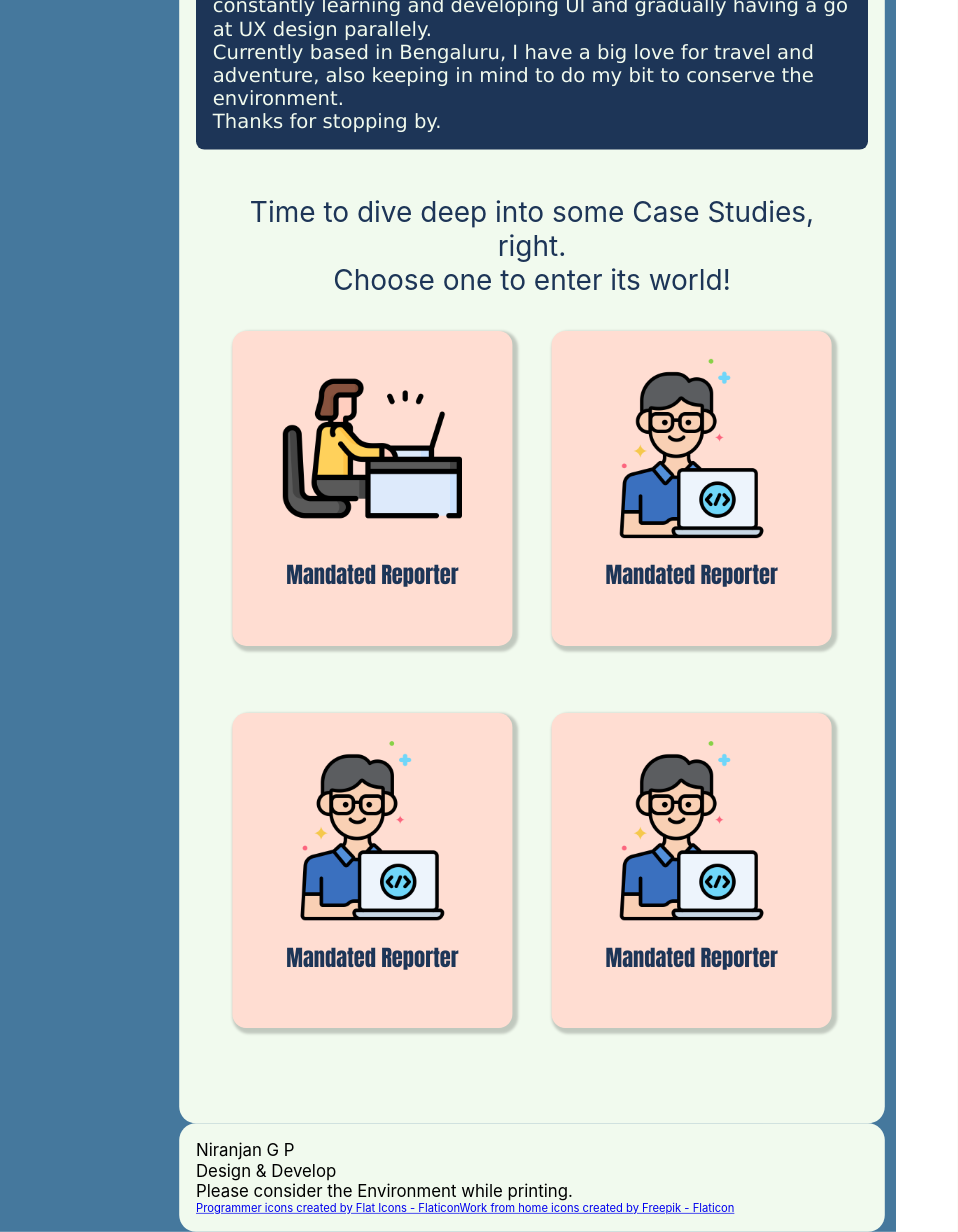
Repository: niranjangp/portfolioReact
Page: /
An editor plug-in stored every save of this project. The page is shown before and after the next save, followed by the edit.
The browser window is 1280 px wide. The page is 1368 px wide, so the pictures cover 1368 px, including what lies to the right of the window. The pictures show the part of the page from y = 874 to 2634 px (the page is 2634 px tall), at 70% of full size.
The project was rebuilt for these pictures with package versions that can differ from the ones it lists, and the page was loaded fresh each time. Also part of the build but not shown: src/pages/csOne.jsx, src/pages/notFound.jsx.

Above is the page before, as saved 2022-02-01 00:11:22.

### public/index.html
<!DOCTYPE html>
<html lang="en">
  <head>
    <meta charset="utf-8" />
    <!--<link rel="icon" href="%PUBLIC_URL%/favicon.ico" />-->
    <meta name="viewport" content="width=device-width, initial-scale=1" />
    <meta name="theme-color" content="#000000" />
    <meta
      name="description"
      content="Web site created using create-react-app"
    />
    <!--<link rel="apple-touch-icon" href="%PUBLIC_URL%/logo192.png" />-->
    <!--
      manifest.json provides metadata used when your web app is installed on a
      user's mobile device or desktop. See https://developers.google.com/web/fundamentals/web-app-manifest/
    -->
    <link rel="manifest" href="%PUBLIC_URL%/manifest.json" />
    <!--
      Notice the use of %PUBLIC_URL% in the tags above.
      It will be replaced with the URL of the `public` folder during the build.
      Only files inside the `public` folder can be referenced from the HTML.

      Unlike "/favicon.ico" or "favicon.ico", "%PUBLIC_URL%/favicon.ico" will
      work correctly both with client-side routing and a non-root public URL.
      Learn how to configure a non-root public URL by running `npm run build`.
    -->
    <title>Portfolio</title>
  </head>
  <body>
    <noscript>You need to enable JavaScript to run this app.</noscript>
    <div id="root"></div>
    <!--
      This HTML file is a template.
      If you open it directly in the browser, you will see an empty page.

      You can add webfonts, meta tags, or analytics to this file.
      The build step will place the bundled scripts into the <body> tag.

      To begin the development, run `npm start` or `yarn start`.
      To create a production bundle, use `npm run build` or `yarn build`.
    -->
  </body>
</html>

### src/index.css
body {
  margin: 0;
  font-family: -apple-system, BlinkMacSystemFont, 'Segoe UI', 'Roboto', 'Oxygen',
    'Ubuntu', 'Cantarell', 'Fira Sans', 'Droid Sans', 'Helvetica Neue',
    sans-serif;
  -webkit-font-smoothing: antialiased;
  -moz-osx-font-smoothing: grayscale;
  box-sizing: border-box;
}

code {
  font-family: source-code-pro, Menlo, Monaco, Consolas, 'Courier New',
    monospace;
}

p {
  margin: 0;
}

### src/App.js
import './App.css';

import { Route, NavLink, Switch, Redirect } from 'react-router-dom';
import EnterTheDesign from './pages/enterDesign';
import CSOne from './pages/csOne';
import NotFound from './pages/notFound';

function App() {
  const flatIconLink = "https://www.flaticon.com/free-icons/programmer";


  return (
    <div className='App'>
      <div className="containerOne">
        <nav className='navigation'>
          <div>
            <NavLink activeClassName="link-sel" to="/cs-one">1. Case Study</NavLink>
          </div>
          <div>
            <NavLink activeClassName="link-sel" to="/cs-two">Case t'w'o Study</NavLink>
          </div>
          <div>
            <NavLink activeClassName="link-sel" to="/cs-three">Case Study the third</NavLink>
          </div>
          <div>
            <NavLink activeClassName="link-sel" to="/cs-three">Case Study IV</NavLink>
          </div>


        </nav>
        <main className='mainOne'>
          <Switch>
            <Route exact path="/" ><Redirect to="/enter-the-design" /></Route>
            <Route path="/enter-the-design" ><EnterTheDesign /></Route>
            <Route exact path="/cs-one" ><CSOne /></Route>

            <Route path="*"><NotFound /></Route>
          </Switch>
          {/*<div className='firstRow'>
            <div className="width-60">
              <p className='fr-info'>NIRANJAN G P, IS A UI DEVELOPER AT DELOITTE USI</p>
            </div>
            <div className="width-40 img-block">
              <img src={avatarIcon} alt="avatar-icon" className='avtr-img' />
            </div>
          </div>
          <div className='sec-row'>
            <p>Hi, this is Niranjan.</p>
            <p>I Joined Deloitte USI as a campus recruit. Since then I've been part of many innovative and high-intensity projects, coordinating between multiple virtual teams to help complete client deliverables.</p>
            <p>I've been part of the FRONT-END community since 2017 and constantly learning and developing UI and gradually having a go at UX design parallely.</p>
            <p>Currently based in Bengaluru, I have a big love for travel and adventure, also keeping in mind to do my bit to conserve the environment.</p>
            <p>Thanks for stopping by.</p>
          </div>*/}

        </main>
        <footer>
          <div className='footer-info'>
            <p>Niranjan G P</p>
            <p>Design & Develop</p>
            <p>Please consider the Environment while printing.</p>
          </div>
          <div>
            <a href={flatIconLink} title="programmer icons">Programmer icons created by Flat Icons - Flaticon</a>
            <a href="https://www.flaticon.com/free-icons/work-from-home" title="work from home icons">Work from home icons created by Freepik - Flaticon</a>
            {/*<a target="_blank" rel="noopener noreferrer" href={avatarLink}>Avatar</a> icon by <a target="_blank" rel="noopener noreferrer" href={icon8link}>Icons8</a>*/}
          </div>
        </footer>
      </div>

    </div>
  );
}

export default App;

### src/App.css
.containerOne {
  background-color: #45789d;
}

.mainOne {
  width: 75%;
  margin-left: 20%;
  background-color: #F1FAEE;
  height: 100%;
  border-radius: 1.5rem;
  padding:24px;
}

.fr-info {
  font-size: 3rem;
  font-family:'Gill Sans', 'Gill Sans MT', Calibri, 'Trebuchet MS', sans-serif;
  padding: 24px;
  color: #1d3557;
}

.firstRow {
  display: flex;
  align-items: center;
  margin-bottom: 1.5rem;
}

.width-60 {
  width: 60%;
}

.width-40 {
  width: 40%;
}

.fullWidth {
  width: 100%;
}

.img-block {
  text-align: center;
}

.sec-row {
  background-color: #1d3557;
  color: #f1faee;
  border-radius: 0.75rem;
  padding: 24px;
  font-family: 'Lucida Sans', 'Lucida Sans Regular', 'Lucida Grande', 'Lucida Sans Unicode', Geneva, Verdana, sans-serif;
  font-size: 28px;
}

.centered {
  margin: 3rem auto;
  text-align: center;
  display: flex;
  justify-content: center;
  align-items: center;
}

.linkSel {
  text-decoration: underline;
  font-weight: bold;
}

.third-row {
  display: flex;
  flex-wrap: wrap;
  padding: 64px 24px;
}

.card-box {
  width: 50%;
  text-align: center;
}

.card {
  width: 400px;
  height: 450px;
  background-color: #ffddd2;
  border-radius: 20px;
  box-shadow: 4px 4px 4px 4px rgba(0, 0, 0, 0.2);
  margin: 3rem auto;
  flex-grow: 1;
  flex-shrink: 1;
  transition: width 500ms ease 0s;
}

.card:hover {
  box-shadow: 4px 4px 4px 8px rgba(0, 0, 0, 0.2);
  width: 420px;
  height: 470px;
}

.card p {
  font-size: 32px;
  padding: 24px;
  color: #1d3557;
  font-family:Impact, Haettenschweiler, 'Arial Narrow Bold', sans-serif;
}

.card-icon {
  width: 256px;
  margin-top: 40px;
}

.intro-cs {
  text-align: center;
  font-size: 40px;
  color: #1d3557;
}

footer {
  width: 75%;
  margin-left: 20%;
  background-color: #F1FAEE;
  height: 100%;
  border-radius: 1.5rem;
  padding:24px;
}
.footer-info {
  font-size: 1.5rem;
}

/*.containerOne {
  background-color: #F1FAEE;
}
.mainOne {
  background-color: #a8dadc;
  width: 75%;
  margin-left: 20%;
  /-*background-color: #45789d;*-/
  height: 660px;
}

.p1 {
  color: #1d3557;
}
.p2 {
  color: #f1faee;
}*/

/*.App-logo {
  height: 40vmin;
  pointer-events: none;
}

@media (prefers-reduced-motion: no-preference) {
  .App-logo {
    animation: App-logo-spin infinite 20s linear;
  }
}

.App-header {
  background-color: #282c34;
  min-height: 100vh;
  display: flex;
  flex-direction: column;
  align-items: center;
  justify-content: center;
  font-size: calc(10px + 2vmin);
  color: white;
}

.App-link {
  color: #61dafb;
}*/

@keyframes App-logo-spin {
  from {
    transform: rotate(0deg);
  }
  to {
    transform: rotate(360deg);
  }
}

### src/pages/enterDesign.jsx
import React from 'react';
import Icons from '../assets/programmer.png';
import WorkingIcon from '../assets/working.png';

const enterDesign = () => {
    const avatarIcon = Icons;

    const navtoCardDet = () => {
        try {
            console.log('inside card det func');
        } catch (e) {
            console.log('Error in navToCardDet', e.stack());
        }
    }

    return (
        <React.Fragment>
            <div className='firstRow'>
                <div className="width-60">
                    <p className='fr-info'>NIRANJAN G P, IS A UI DEVELOPER AT DELOITTE USI</p>
                </div>
                <div className="width-40 img-block">
                    <img src={avatarIcon} alt="avatar-icon" className='avtr-img' />
                </div>
            </div>
            <div className='sec-row'>
                <p>Hi, this is Niranjan.</p>
                <p>I Joined Deloitte USI as a campus recruit. Since then I've been part of many innovative and high-intensity projects, coordinating between multiple virtual teams to help complete client deliverables.</p>
                <p>I've been part of the FRONT-END community since 2017 and constantly learning and developing UI and gradually having a go at UX design parallely.</p>
                <p>Currently based in Bengaluru, I have a big love for travel and adventure, also keeping in mind to do my bit to conserve the environment.</p>
                <p>Thanks for stopping by.</p>
            </div>
            <div className='third-row'>
                <div className='fullWidth intro-cs'>
                    <p>Time to dive deep into some Case Studies, right.</p>
                    <p>Choose one to enter its world!</p>
                </div>
                <div className='card-box'>
                    <div className="card" onClick={navtoCardDet} id="">
                        <img src={WorkingIcon} alt="card-icon" className='card-icon' />
                        <p>Mandated Reporter</p>
                        {/*<p>Click to Enter!!!</p>*/}
                    </div>
                </div>
                <div className='card-box'>
                    <div className="card" onClick={navtoCardDet}>
                        <img src={avatarIcon} alt="card-icon" className='card-icon' />
                        <p>Mandated Reporter</p>
                    </div>
                </div>
                <div className='card-box'>
                    <div className="card" onClick={navtoCardDet}>
                        <img src={avatarIcon} alt="card-icon" className='card-icon' />
                        <p>Mandated Reporter</p>
                    </div>
                </div>
                <div className='card-box'>
                    <div className="card" onClick={navtoCardDet}>
                        <img src={avatarIcon} alt="card-icon" className='card-icon' />
                        <p>Mandated Reporter</p>
                    </div>
                </div>
            </div>
        </React.Fragment>
    )
};

export default enterDesign;

Loaded but not shown: src/index.js (common file); src/reportWebVitals.js (common file)

After the next save:
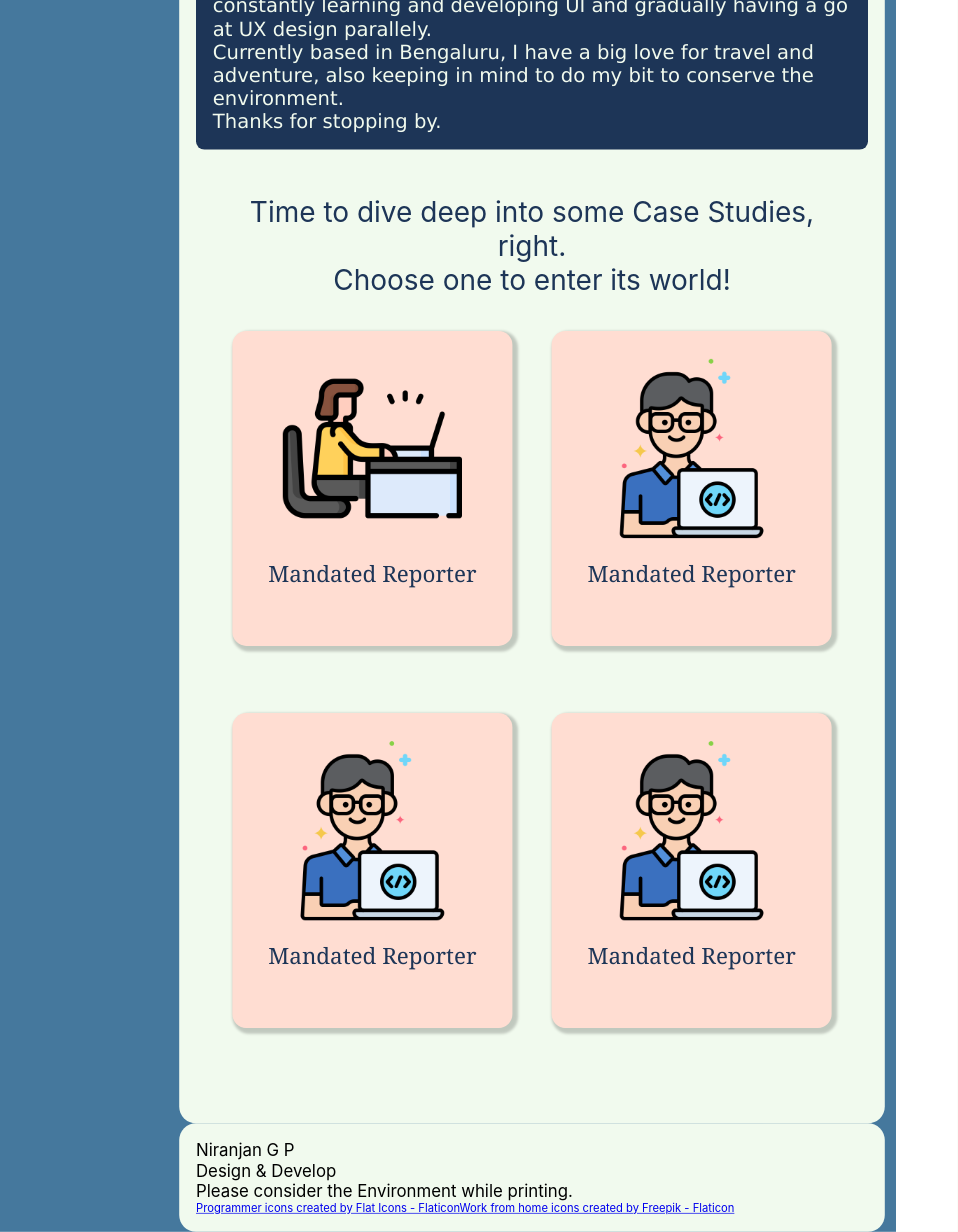
Saved 33 s later.
--- a/src/App.css
+++ b/src/App.css
@@ -95,7 +95,7 @@
   font-size: 32px;
   padding: 24px;
   color: #1d3557;
-  font-family:Impact, Haettenschweiler, 'Arial Narrow Bold', sans-serif;
+  font-family: Cambria, Cochin, Georgia, Times, 'Times New Roman', serif;
 }
 
 .card-icon {
